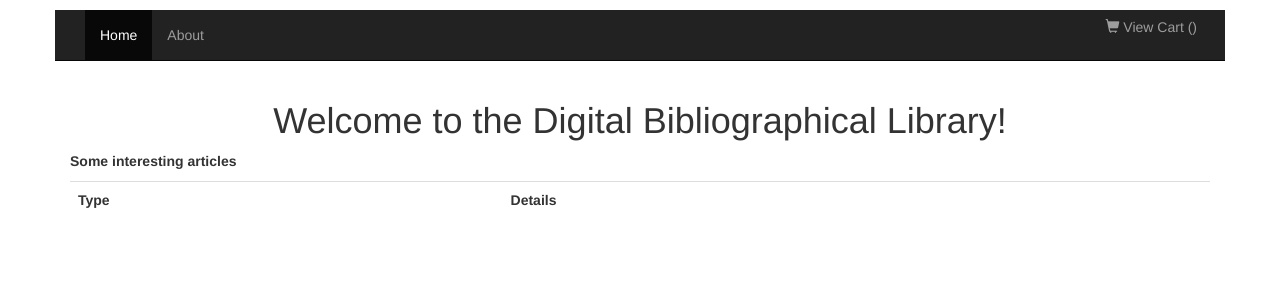
Repository: iancwwong/DigitalBibliographicalLibrary
Page: http://localhost/DigitalBibliographicLibrary/indexpage.jsp
These files come from the project's save history. The page is drawn as it stood at one moment and after a run of saves; the edit follows.
The browser window is 1280 px wide. The pictures show the whole page.
The page is served by Tomcat 9. Other server files are loaded and not shown. The template is opened directly, without the code that normally fills it, so the values that code supplies are empty.

Above is the page before, as saved 2016-08-28 01:14:07.

### DigitalBibliographicLibrary/WebContent/indexpage.jsp
<%@ page language="java" contentType="text/html; charset=ISO-8859-1"
    pageEncoding="ISO-8859-1"%>

<!-- JSLT core -->
<%@ taglib prefix="c" uri="http://java.sun.com/jsp/jstl/core" %>
<%@ taglib prefix="fn" uri="http://java.sun.com/jsp/jstl/functions" %>

<!-- Index Bean -->
<%@ page import="edu.unsw.comp9321.*"%>

<!DOCTYPE html PUBLIC "-//W3C//DTD HTML 4.01 Transitional//EN" "http://www.w3.org/TR/html4/loose.dtd">
<html>
<head>

	<!--  Bootstrap meta tags  -->
    <meta charset="utf-8">
    <meta http-equiv="X-UA-Compatible" content="IE=edge">
    <meta name="viewport" content="width=device-width, initial-scale=1">

    <!--  Other heads -->
	<meta http-equiv="Content-Type" content="text/html; charset=ISO-8859-1">

	<title>DBL - Welcome</title>

	<!-- Bootstrap -->
    <link href="css/bootstrap.min.css" rel="stylesheet">

    <!--  Page styling -->
    <link href="css/general.css" rel="stylesheet">
    <link href="css/navbar.css" rel="stylesheet">

</head>
<body>
	<!-- Havbar -- >
	<%@ include file="include/navbar.html"%>

	<!-- CONTENT -->
	<div class="container">

		<center>
		<h1>Welcome to the Digital Bibliographical Library!</h1>
		</center>

		<!-- Basic search -->

		<!-- Random publications -->
		<p><strong>Some interesting articles</strong></p>
		<table class="table table-hover">
			<tr>
				<th>Type</th>
				<th>Details</th>
				<th></th>
			</tr>
			<c:forEach var="publication" items="${indexPageBean.publications}">
				<tr>
					<td><p>${publication.type}</p></td>
					<td>
						<p><i>${publication.title}</i></p>

						<%-- Recognise the authors/editors appropriately --%>
						<c:choose>
							<c:when test="${empty publication.authors}">
								<c:choose>

									<%-- Case when there are no recorded authors / editors --%>
									<c:when test="${empty publication.editors}">
										<p>By: <i>anonymous</i></p>
									</c:when>

									<%-- Case when there are editors, no authors --%>
									<c:otherwise>
										<p>Edited by: ${publication.formattedEditors}</p>
									</c:otherwise>
								</c:choose>
							</c:when>

							<%-- Authors exist for publication --%>
							<c:otherwise>
								<p>By: ${publication.formattedAuthors}</p>
							</c:otherwise>
						</c:choose>
					</td>
					<td>
						<form action='control' method='POST'>
							<input type='hidden' name="action" value="viewPublication"/>
							<input type='hidden' name="pubID" value="${publication.id}"/>
							<input type='hidden' name="pubType" value="${publication.type}"/>
							<button type='submit' class="btn btn-default">
								View
							</button>
						</form>
					</td>
				</tr>
			</c:forEach>
		</table>

	</div>

    <!-- ========= Bootstrap Core Javascript =========== -->
    <!-- jQuery (necessary for Bootstrap's JavaScript plugins) -->
    <script src="https://ajax.googleapis.com/ajax/libs/jquery/1.12.4/jquery.min.js"></script>
    <!-- Include all compiled plugins (below), or include individual files as needed -->
    <script src="js/bootstrap.min.js"></script>
</body>
</html>

### DigitalBibliographicLibrary/WebContent/include/navbar.html
<!--  This file contains the information of the navigation bar -->
<!-- Navbar content -->
<div class="navbar-wrapper">
  <div class="container">

    <nav class="navbar navbar-inverse navbar-static-top">
      <div class="container">
        <div id="navbar" class="navbar-collapse collapse">
          <ul class="nav navbar-nav">
            <li class="active"><a href="">Home</a></li>
            <li><a href="">About</a></li>
          </ul>
          <ul class="nav navbar-nav navbar-right">
          	<li>
				<form action='control' method='POST'>
					<input type='hidden' name="action" value="viewCartPage"/>
					<button type="submit" class="btn btn-link">
						<span class="glyphicon glyphicon-shopping-cart"></span>
						View Cart (${userBean.cart.numItems})
					</button>
				</form>
          	</li>
          </ul>
        </div>
      </div>
    </nav>

  </div>
</div>

### DigitalBibliographicLibrary/WebContent/css/general.css
body {
	margin: 0;
	padding: 10px;
}

### DigitalBibliographicLibrary/WebContent/css/navbar.css
<!-- This file contains the stylings for the navigation bar -->

/* Special class on .container surrounding .navbar, used for positioning it into place. */
.navbar-wrapper {
  position: absolute;
  top: 0;
  right: 0;
  left: 0;
  z-index: 20;
}

/* Flip around the padding for proper display in narrow viewports */
.navbar-wrapper > .container {
  padding-right: 0;
  padding-left: 0;
}
.navbar-wrapper .navbar {
  padding-right: 15px;
  padding-left: 15px;
}
.navbar-wrapper .navbar .container {
  width: auto;
}

Loaded but not shown: DigitalBibliographicLibrary/WebContent/css/bootstrap.min.css (library); DigitalBibliographicLibrary/WebContent/js/bootstrap.min.js (library)

After the next 2 saves:
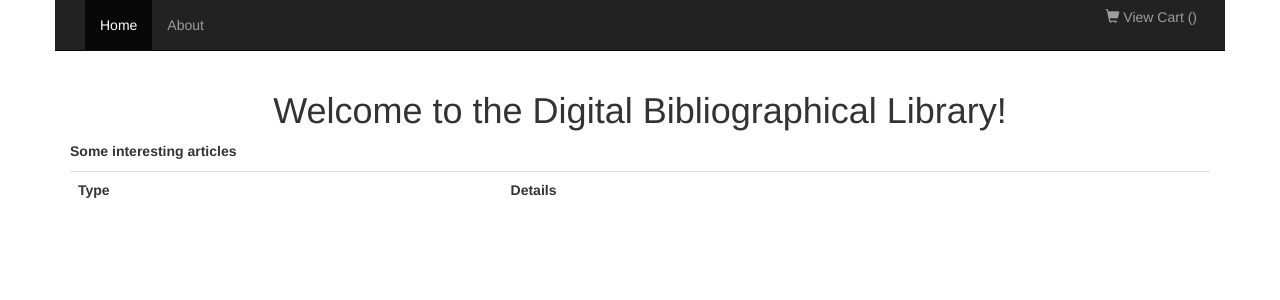
The 2 saves are shown as one change because they came seconds apart.
The last was saved 19 s later.
--- a/DigitalBibliographicLibrary/WebContent/css/general.css
+++ b/DigitalBibliographicLibrary/WebContent/css/general.css
@@ -1,4 +1,12 @@
+// Body
 body {
 	margin: 0;
 	padding: 10px;
 }
+
+/* Set black background color, white text and some padding */
+footer {
+  background-color: #555;
+  color: white;
+  padding: 15px;
+}
